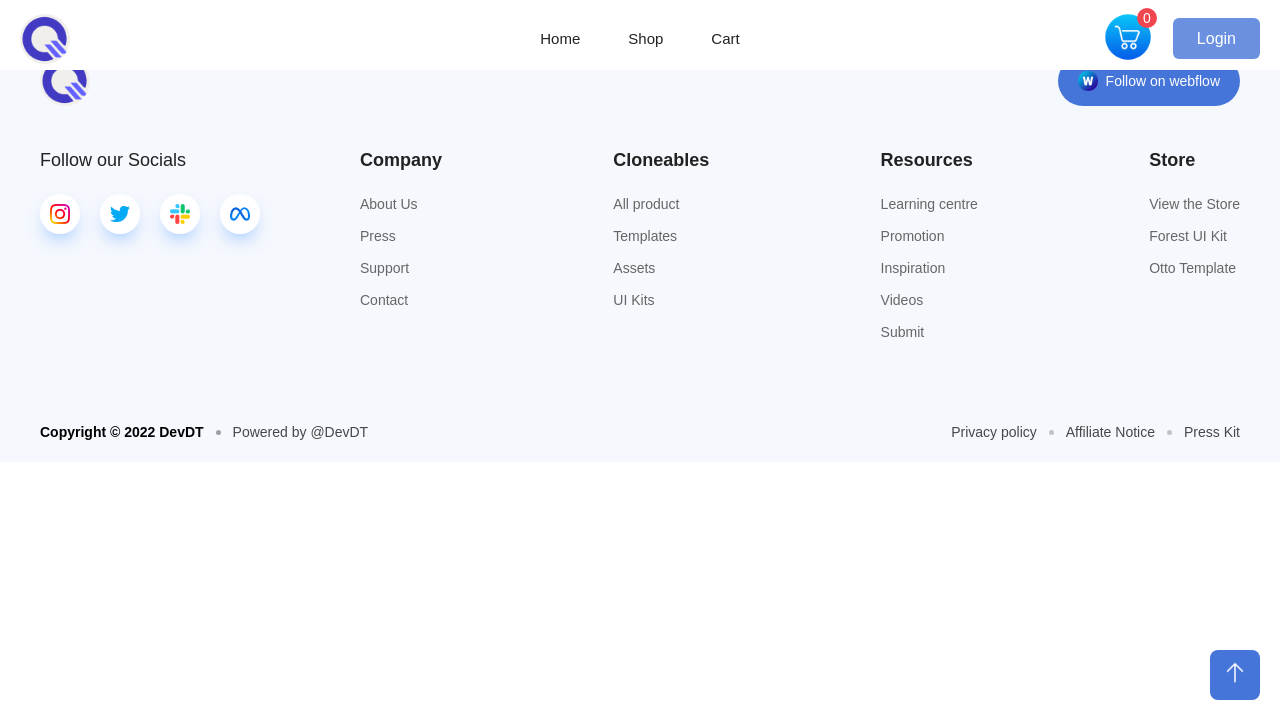
Repository: dinhtri123/e-commerce
Page: /order
These files come from the project's save history. The page is drawn as it stood at one moment and after the next save; the edit follows.
The browser window is 1280 px wide. The pictures show the whole page.
The project was rebuilt for these pictures with package versions that can differ from the ones it lists, and the page was loaded fresh each time. Also part of the build but not shown: src/icons/IconCart.js, src/components/input/Input.js, src/icons/IconChevronLeft.js, src/icons/IconDown.js, src/icons/IconUp.js, src/apiConfig.js, src/icons/IconRight.js, src/components/banner/Banner.js and 25 more. Imported but missing from the stored project, and not drawn on this page: src/icons/IconMenuBag, src/icons/IconMenuHome, src/pages/ProductPage.

Above is the page before, as saved 2022-12-04 15:57:31.

After the next save:
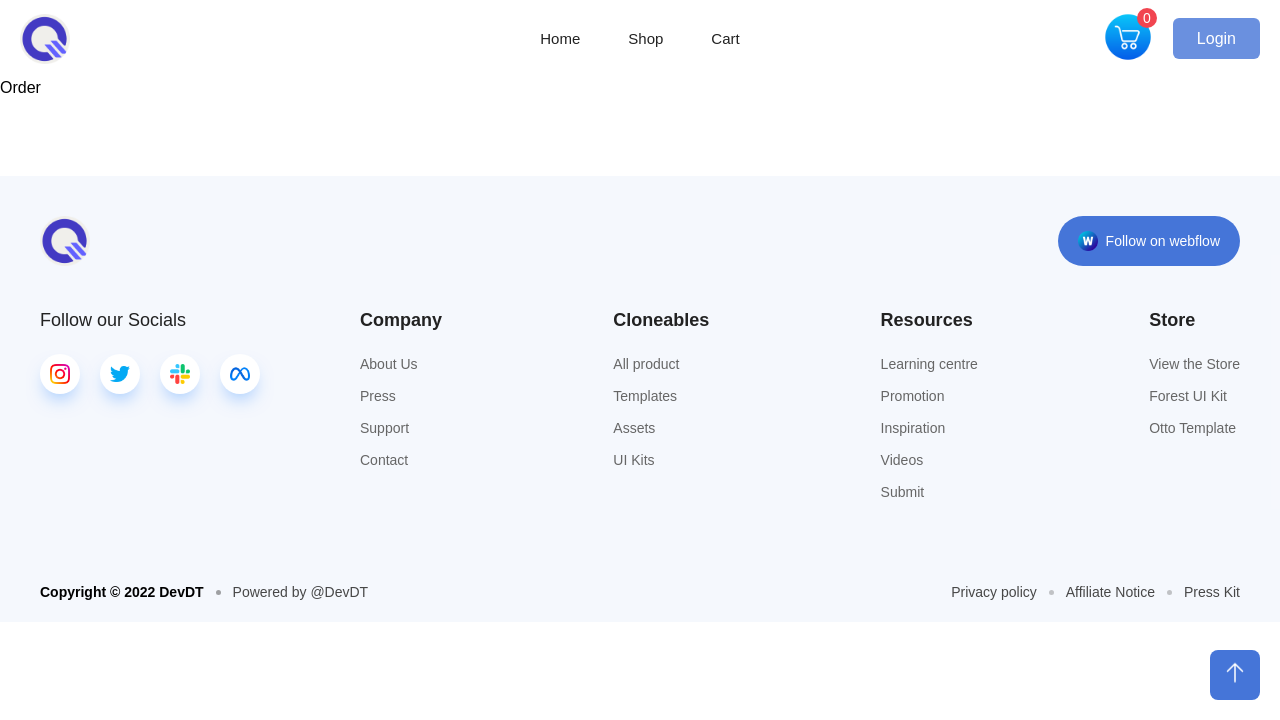
Saved 9 s later.
--- a/src/pages/Order.js
+++ b/src/pages/Order.js
@@ -2,7 +2,7 @@ import React from 'react';
 
 const Order = () => {
     return (
-        <div className=''>
+        <div className='my-[80px]'>
             Order
         </div>
     );
